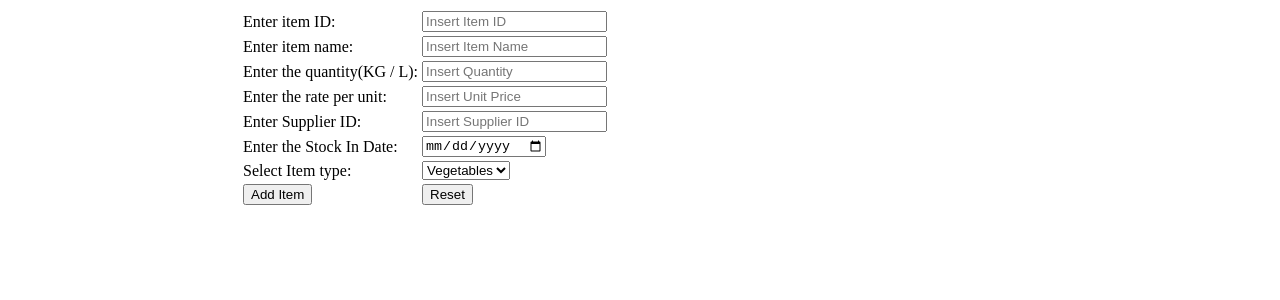
Repository: nirmaniPathiranage/CSSE-Procurement-Management
Page: http://localhost/Item_Management/AddItem.jsp
These files come from the project's save history. The page is drawn as it stood at one moment and after the next save; the edit follows.
The browser window is 1280 px wide. The pictures show the whole page.
The page is served by Tomcat 9.

Above is the page before, as saved 2019-09-27 16:41:49.

After the next save:
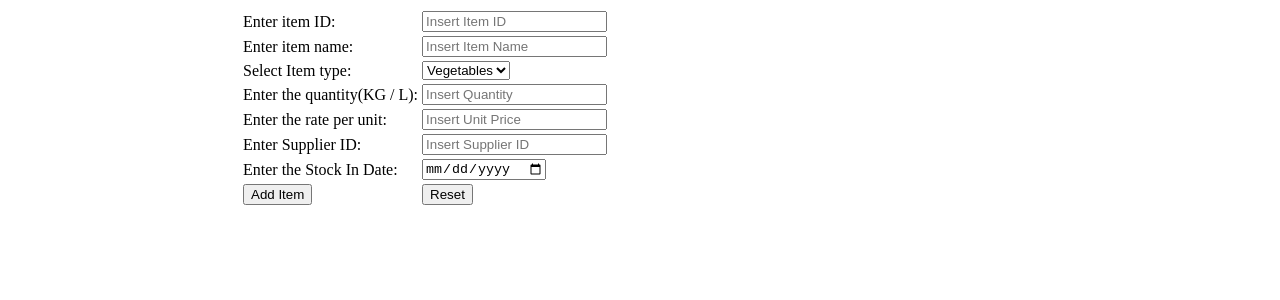
Saved 62 min 24 s later.
--- a/Item_Management/WebContent/AddItem.jsp
+++ b/Item_Management/WebContent/AddItem.jsp
@@ -22,6 +22,16 @@ ${msg}
 		<td> <input type="text" name="name" placeholder="Insert Item Name" required> </td>
 		</tr>
 		<tr>
+		<td> Select Item type: </td>
+		<td> <select name="type">
+								<option value="vegetables" >Vegetables</option>
+								<option value="fruits">Fruit</option>
+								<option value="Meat">Meat</option>
+								<option value="seafood">Sea-Food</option>
+								<option value="fish">Fish</option>
+			</select> </td>
+		</tr>
+		<tr>
 		<td> Enter the quantity(KG / L): </td>
 		<td> <input type="text" name="quantity" placeholder="Insert Quantity" required> </td>
 		</tr>
@@ -37,16 +47,6 @@ ${msg}
 		<td> Enter the Stock In Date:</td>
 		<td> <input type="Date" name="date" placeholder="Insert Stock In Date" required> </td>
 		</tr>
-		<tr>
-		<td> Select Item type: </td>
-		<td> <select name="type">
-								<option value="vegetables" >Vegetables</option>
-								<option value="fruits">Fruit</option>
-								<option value="Meat">Meat</option>
-								<option value="seafood">Sea-Food</option>
-								<option value="fish">Fish</option>
-			</select> </td>
-		</tr>
 		<tr >
 		<td> <input type="submit"  value ="Add Item"> </td>
 		<td><input type="reset" value="Reset" class="reset-button" /></td>
